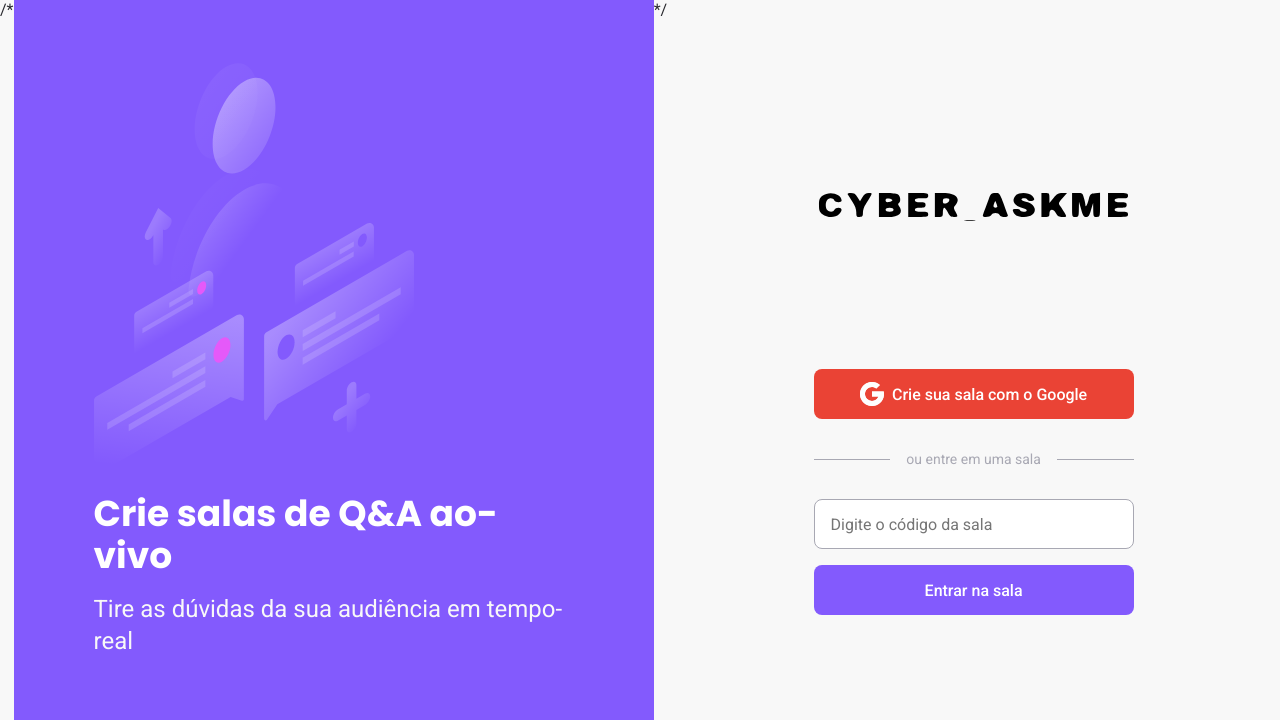
Repository: DevSecOpsRodrigo/cyberx
Page: /
The author's editor kept a copy of each file at every save. The page is drawn from the files as they stood at one save, then again after the next save.
The browser window is 1280 px wide. The pictures show the whole page.
The project was rebuilt for these pictures with package versions that can differ from the ones it lists, and the page was loaded fresh each time. Also part of the build but not shown: src/pages/NewRoom.tsx, src/components/Question/styles.scss, src/components/Question/index.tsx, src/styles/room-code.scss, src/components/RoomCode.tsx, src/hooks/useRoom.ts, src/styles/room.scss, src/pages/Room.tsx and 1 more.

Above is the page before, as saved 2021-07-19 03:31:53.

After the next save:
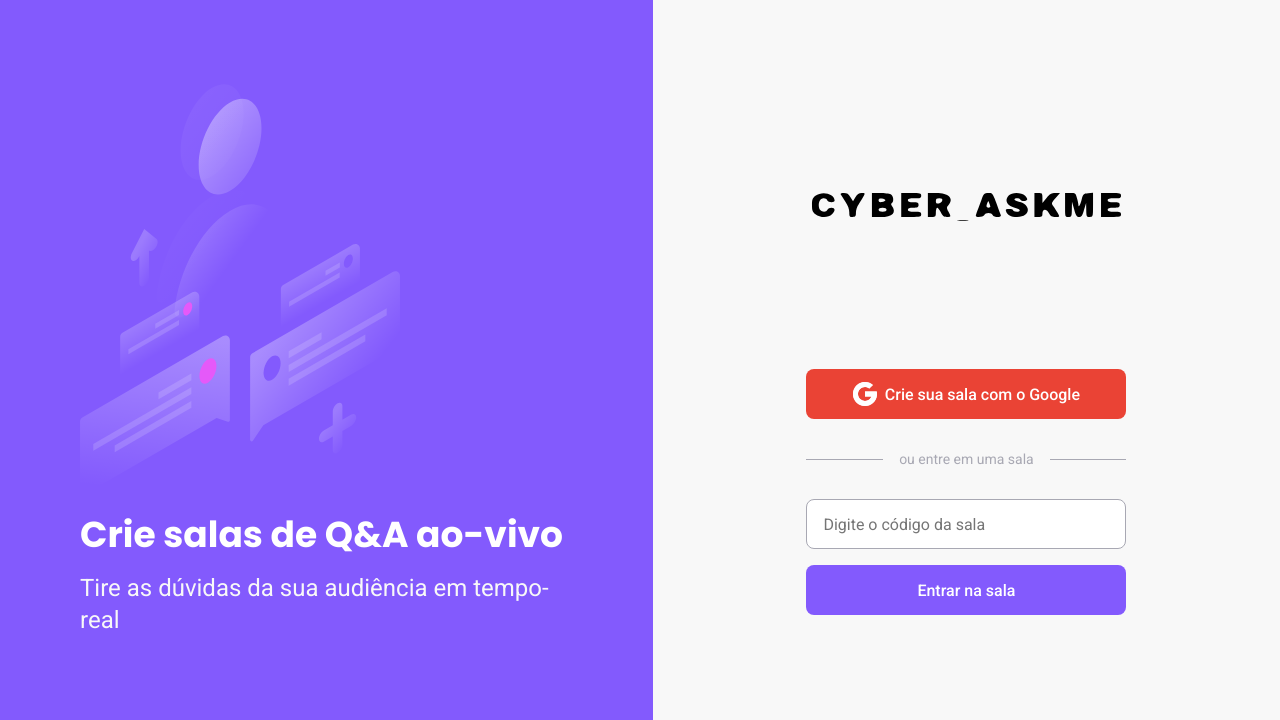
Saved 5 s later.
--- a/src/pages/Home.tsx
+++ b/src/pages/Home.tsx
@@ -49,11 +49,11 @@ export function Home() {
 
   return (
     <div id="page-auth">
-     /* <aside>
+      <aside>
         <img src={illustrationImg} alt="Ilustração simbolizando perguntas e respostas" />
         <strong>Crie salas de Q&amp;A ao-vivo</strong>
         <p>Tire as dúvidas da sua audiência em tempo-real</p>
-      </aside>*/
+      </aside>
       <main>
         <div className="main-content">
           <img src={logoImg} alt="Letmeask" />
